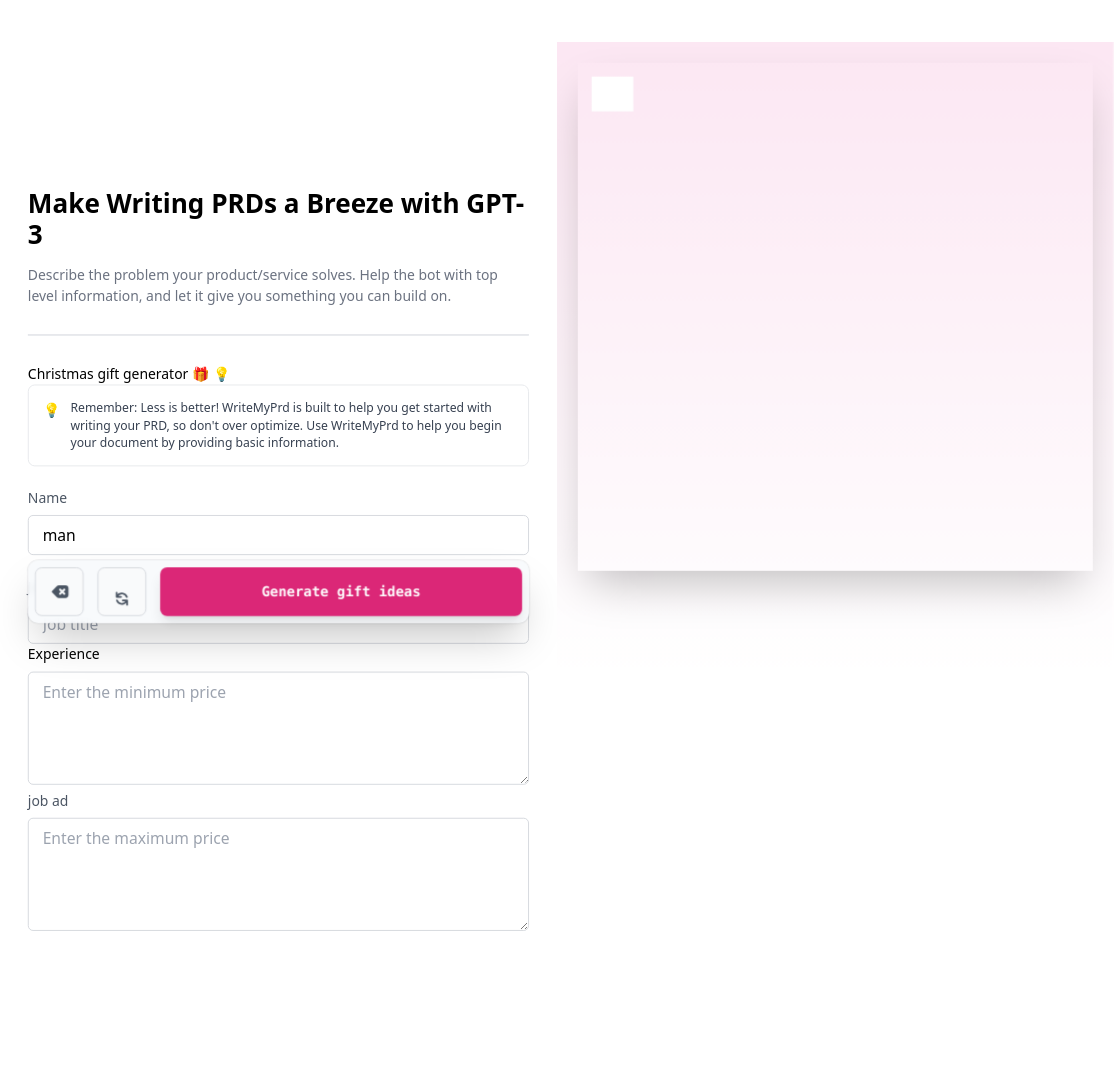
Repository: hamza-mastar/chatgpt-jpbad
Page: /
These files come from the project's save history. The page is drawn as it stood at one moment and after the next save; the edit follows.
The browser window is 1280 px wide. The pictures show the whole page, at 87% of full size.
The project was rebuilt for these pictures with package versions that can differ from the ones it lists, and the page was loaded fresh each time. The framework's server and built-in components were replaced by stand-ins that run in the browser.

Above is the page before, as saved 2023-01-30 05:03:53.

### pages/_app.js
import 'tailwindcss/tailwind.css'

import '../styles/globals.css'

export default function MyApp({ Component, pageProps }) {
  return <Component {...pageProps} />
}

### pages/index.js
import Head from 'next/head';
import React from 'react';
import { useState } from 'react';

import styles from './index.module.css';


// import './gifts.css'




export default function Home() {
  const [name, setName] = useState('man');
  const [job_title, setJob_title] = useState("");
  const [experience, setExperience] = useState("");
  const [job_ad, setJob_ad] = useState("");

  const [loading, setLoading] = useState(false);

  const [result, setResult] = useState('');

  async function onSubmit(event) {
    event.preventDefault();
    if (loading) {
      return;
    }
    setLoading(true);
    setResult('hamza');
    const response = await fetch('/api/generate-gifts', {
      method: 'POST',
      headers: {
        'Content-Type': 'application/json',
      },
      body: JSON.stringify({ name, job_title, experience, job_ad}),
    });
    const data = await response.json();
    setResult(data.result.replaceAll('\n', '<br />'));
    setLoading(false);
  }


  return (
    <>



    <dody class="h-full px-5 sm:px-6">
      <div class="flex relative sm:flex-col md: flex-col">

      <Head>
        <title>OpenAI Quickstart</title>
        <link rel="icon" href="/dog.png" />
      </Head>

      <main className={styles.main}>
     <div class="min-h-screen w-full lg:w-1/2 relative">
    <div class="h-full px-5 sm:px-6">
      <div class="h-full w-full max-w-xl mx-auto flex flex-col after:mt-auto after:flex-1">
        <header class="sm:flex-1 flex mb-auto sm:py-10 pt-6 items-center sm:justify-between flex-col sm:flex-row" >
          <div class="flex items-center justify-between h-24 md:h-20"> </div>

            {/* logo icone login  */}
            </header>
            <div class="flex-1 py-8">
           <div  class="mb-4" >
           <h1 class="text-3xl font-bold font-inter mb-2"> Make Writing PRDs a Breeze with GPT-3 </h1>
           <div class="text-gray-500 mt-4 mb-6"> Describe the problem your product/service solves. Help the bot with top level information, and let it give you something you can build on. </div>
           <div class="divide-y divide-gray-200 my-8 relative border"></div>





        <h3  >Christmas gift generator 🎁 💡</h3>
        <form  onSubmit={onSubmit} class="mb-12 relative">
        <div class="rounded-lg bg-white border p-4"><div class="flex"><div class="flex-shrink-0">💡</div><div class="ml-3 flex-1 md:flex md:justify-between"><p class="text-sm text-gray-700 font-medium"> Remember: Less is better! WriteMyPrd is built to help you get started with writing your PRD, so don't over optimize. Use WriteMyPrd to help you begin your document by providing basic information. </p></div></div></div>
        <div>
          <div class="py-6">
          <label class="relative transition text-gray-600 focus-within:text-gray-800 block" >Name</label>
          <input class="outline-none focus:outline-none text-lg bg-white rounded-md px-4 py-2 w-full border  focus:border-gray-400 border-gray-300 font-regular mt-2 transition-all undefined "
            type="text"
            name="name"
            placeholder="Enter the Name"
            value={name}
            onChange={(e) => setName(e.target.value)}
          />
          </div>


          <label class="relative transition text-gray-600 focus-within:text-gray-800 block">Job title</label>
          <input class="outline-none focus:outline-none text-lg bg-white rounded-md px-4 py-2 w-full border  focus:border-gray-400 border-gray-300 font-regular mt-2 transition-all undefined "
            type="text"
            name="job_title"
            placeholder="Job title"
            value={job_title}
            onChange={(e) => setJob_title(e.target.value)}
          />

          <label>Experience </label>
          <textarea class="form-textarea outline-none focus:outline-none text-lg bg-white rounded-md px-4 py-2 w-full border  focus:border-gray-400 border-gray-300 font-regular mt-2 transition-all undefined " rows="4"
          type="textarea"
          name="experience"
          placeholder="Enter the minimum price"
          value={experience}
          onChange={(e) => setExperience(e.target.value)} >

            </textarea>

          <label class="relative transition text-gray-600 focus-within:text-gray-800 block"> job ad</label>
          <textarea class="form-textarea outline-none focus:outline-none text-lg bg-white rounded-md px-4 py-2 w-full border  focus:border-gray-400 border-gray-300 font-regular mt-2 transition-all undefined " rows="4"
            type="text"
            name="job_ad"
            placeholder="Enter the maximum price"
            value={job_ad}
            onChange={(e) => setJob_ad(e.target.value)}
          ></textarea>


          <div class="sticky bottom-1 left-0 right-0 px-2 py-2 font-semibold text-sm text-slate-900 bg-slate-50/90 backdrop-blur-sm ring-1 ring-slate-900/10 space-x-4 rounded-xl shadow-2xl">
            <div class="flex gap-4 text-white text-sm font-bold font-mono leading-6 bg-stripes-indigo rounded-lg">
            <button id="clearAll" class="p-4 w-14 h-14 flex-none rounded-lg flex items-center justify-center bg-gray-50 border border-gray-300 text-gray-600 hover:bg-gray-100"><div tooltip="Clear All" position="top" class="w-full" data-v-47bc123b=""><svg class="w-6 h-6" fill="currentColor" viewBox="0 0 20 20" xmlns="http://www.w3.org/2000/svg"><path fill-rule="evenodd" d="M6.707 4.879A3 3 0 018.828 4H15a3 3 0 013 3v6a3 3 0 01-3 3H8.828a3 3 0 01-2.12-.879l-4.415-4.414a1 1 0 010-1.414l4.414-4.414zm4 2.414a1 1 0 00-1.414 1.414L10.586 10l-1.293 1.293a1 1 0 101.414 1.414L12 11.414l1.293 1.293a1 1 0 001.414-1.414L13.414 10l1.293-1.293a1 1 0 00-1.414-1.414L12 8.586l-1.293-1.293z" clip-rule="evenodd"></path></svg></div></button>
            <button id="re-generate-prd" class="w-14 h-14 flex-none rounded-lg flex items-center justify-center bg-gray-50 border border-gray-300 text-gray-600 hover:bg-gray-100"><div tooltip="Re-generate PRD" position="top" class="w-full" data-v-47bc123b=""><svg class="w-full mt-[30%] h-5 text-gray-600 mr-1" fill="currentColor" viewBox="0 0 20 20" xmlns="http://www.w3.org/2000/svg"><path fill-rule="evenodd" d="M4 2a1 1 0 011 1v2.101a7.002 7.002 0 0111.601 2.566 1 1 0 11-1.885.666A5.002 5.002 0 005.999 7H9a1 1 0 010 2H4a1 1 0 01-1-1V3a1 1 0 011-1zm.008 9.057a1 1 0 011.276.61A5.002 5.002 0 0014.001 13H11a1 1 0 110-2h5a1 1 0 011 1v5a1 1 0 11-2 0v-2.101a7.002 7.002 0 01-11.601-2.566 1 1 0 01.61-1.276z" clip-rule="evenodd"></path></svg></div></button>

          <input class="sm:p-4 p-3 pt-4 grow rounded-lg flex items-center justify-center bg-pink-600 hover:bg-pink-800 shadow-lg text-xs sm:text-base" type="submit" value="Generate gift ideas" />
          </div>
          </div>
          </div>
        </form>
        </div>
       </div>
        </div>
        </div>
          </div>

          {/* loging page ////////////////// */}

          <div class="relative lg:fixed right-0 bottom-0 lg:block lg:w-1/2 overflow-hidden sm:px-5 lg:h-full h-auto overflow-y-auto top-12">
            <div class="absolute inset-0 bg-gradient-to-b from-pink-100 to-white pointer-events-none -z-10" >
              {/* <div class="hidden md:block absolute right-0 pointer-events-none -z-10"> */}
                <div class="h-auto">
                <div class="p-6 pb-0 h-[calc(100vh-6rem)]" >
                <div class="form-textarea relative text-base w-full p-4 px-8 overflow-scroll h-[calc(100%-1rem)] shadow-2xl flex items-center justify-center" >
                <div class="text-pink-600 font-mono text-left text-base font-semibold absolute top-4 left-4">
        {loading && (
          <div>
            <h3>Looking for the best gift ideas 🎁 💡</h3>
            <img src="/loading.gif" className={styles.loading} />
          </div>



        )}
        <div class="whitespace-pre-wrap text-gray-800  bg-white h-auto text-lg divide-y px-4 pt-5 pb-4 sm:p-6 sm:pb-4 "
          className={styles.result}
          dangerouslySetInnerHTML={{ __html: result }}


        />
        </div>
        </div>
        </div>
        </div>
        </div>
        </div>
        {/* </div> */}
      </main>
      </div>

      </dody>


    </>
  );
}
// Name Job_title Experience job_ad

### pages/index.module.css


@font-face {
  font-family: "ColfaxAI";
  src: url(https://cdn.openai.com/API/fonts/ColfaxAIRegular.woff2)
      format("woff2"),
    url(https://cdn.openai.com/API/fonts/ColfaxAIRegular.woff) format("woff");
  font-weight: normal;
  font-style: normal;
}
@font-face {
  font-family: "ColfaxAI";
  src: url(https://cdn.openai.com/API/fonts/ColfaxAIBold.woff2) format("woff2"),
    url(https://cdn.openai.com/API/fonts/ColfaxAIBold.woff) format("woff");
  font-weight: bold;
  font-style: normal;
}
/* .main,
.main input {
  font-size: 16px;
  line-height: 24px;
  color: #353740;
  font-family: "ColfaxAI", Helvetica, sans-serif;
}
.main {
  display: flex;
  flex-direction: column;
  align-items: center;
  padding-top: 60px;
}
.main .icon {
  width: 34px;
}
.main h3 {
  font-size: 32px;
  line-height: 40px;
  font-weight: bold;
  color: #202123;
  margin: 16px 0 40px;
}
.main form {
  display: flex;
  flex-direction: column;
  width: 320px;
}
.main input[type="text"] {
  padding: 12px 16px;
  border: 1px solid #10a37f;
  border-radius: 4px;
  margin-bottom: 24px;
  outline-color: #10a37f;
}
.main ::placeholder {
  color: #8e8ea0;
  opacity: 1;
}
.main input[type="submit"] {
  padding: 12px 0;
  color: #fff;
  background-color: #10a37f;
  border: none;
  border-radius: 4px;
  text-align: center;
  cursor: pointer;
}
.main .result {
  padding: 100px;
  font-weight: bold;
  margin-top: 40px;
  position:absolute;
  display: flex;
  justify-content: end;
} */

.main .loading {
  width: 50;
}

/* .main input[type="text"],
.main input[type="number"],
.main select {
  padding: 12px 16px;
  border: 1px solid #10a37f;
  border-radius: 4px;
  margin-bottom: 12px;
  margin-top: 4px;
}
.hamza {
  background-color: #10a37f;
} */






.relative {
  position: relative;
}

.nano {
  background-color: white;
  color: black;
  display: flex;
  overflow: scroll;
}

.form-textarea{
  border-width: 1px;
  --tw-border-opacity: 1;
  border-color: rgb(209 213 219 / var(--tw-border-opacity));
  --tw-bg-opacity: 1;
  background-color: rgb(255 255 255 / var(--tw-bg-opacity));
  height: 600px;
  width: 600px;
}

.texxt-base {
  font-size: 18px;
  line-height: 1.5;
  letter-spacing: -.01em;
  color: black

}
.typed {
  color: #1f2937;
  white-space: break-spaces;
  font-size: 100px;
}
@media only screen and (max-width: 600px) {
  .goho {
    width: auto;
    display: flex;
    justify-content:center ;

  }
}

Loaded but not shown: styles/globals.css (common file); tailwind.config.js (common file)

After the next save:
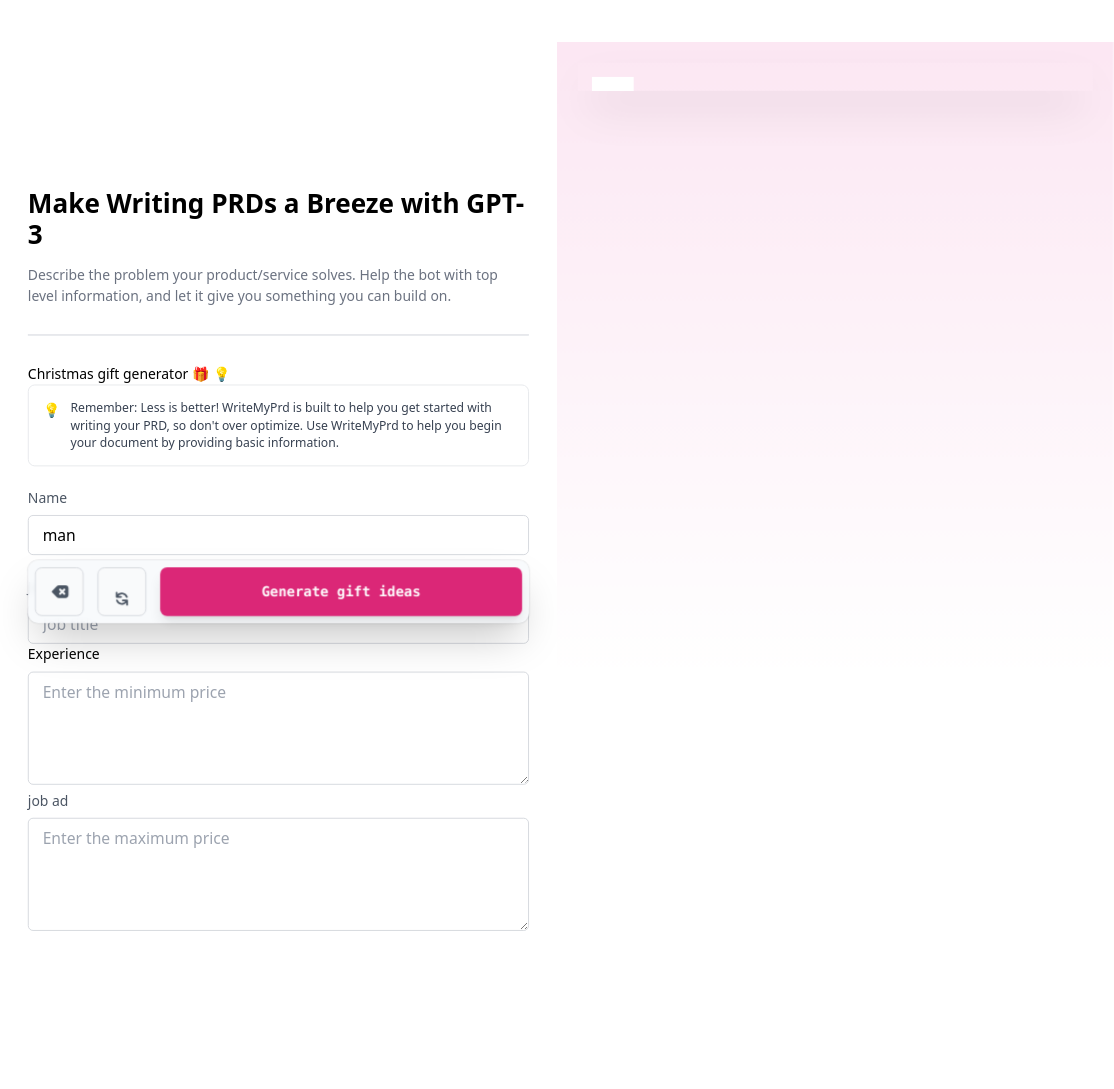
Saved 13 s later.
--- a/pages/index.js
+++ b/pages/index.js
@@ -139,7 +139,7 @@
             <div class="absolute inset-0 bg-gradient-to-b from-pink-100 to-white pointer-events-none -z-10" >
               {/* <div class="hidden md:block absolute right-0 pointer-events-none -z-10"> */}
                 <div class="h-auto">
-                <div class="p-6 pb-0 h-[calc(100vh-6rem)]" >
+                <div class="p-6 pb-0 " >
                 <div class="form-textarea relative text-base w-full p-4 px-8 overflow-scroll h-[calc(100%-1rem)] shadow-2xl flex items-center justify-center" >
                 <div class="text-pink-600 font-mono text-left text-base font-semibold absolute top-4 left-4">
         {loading && (

After the save that followed:
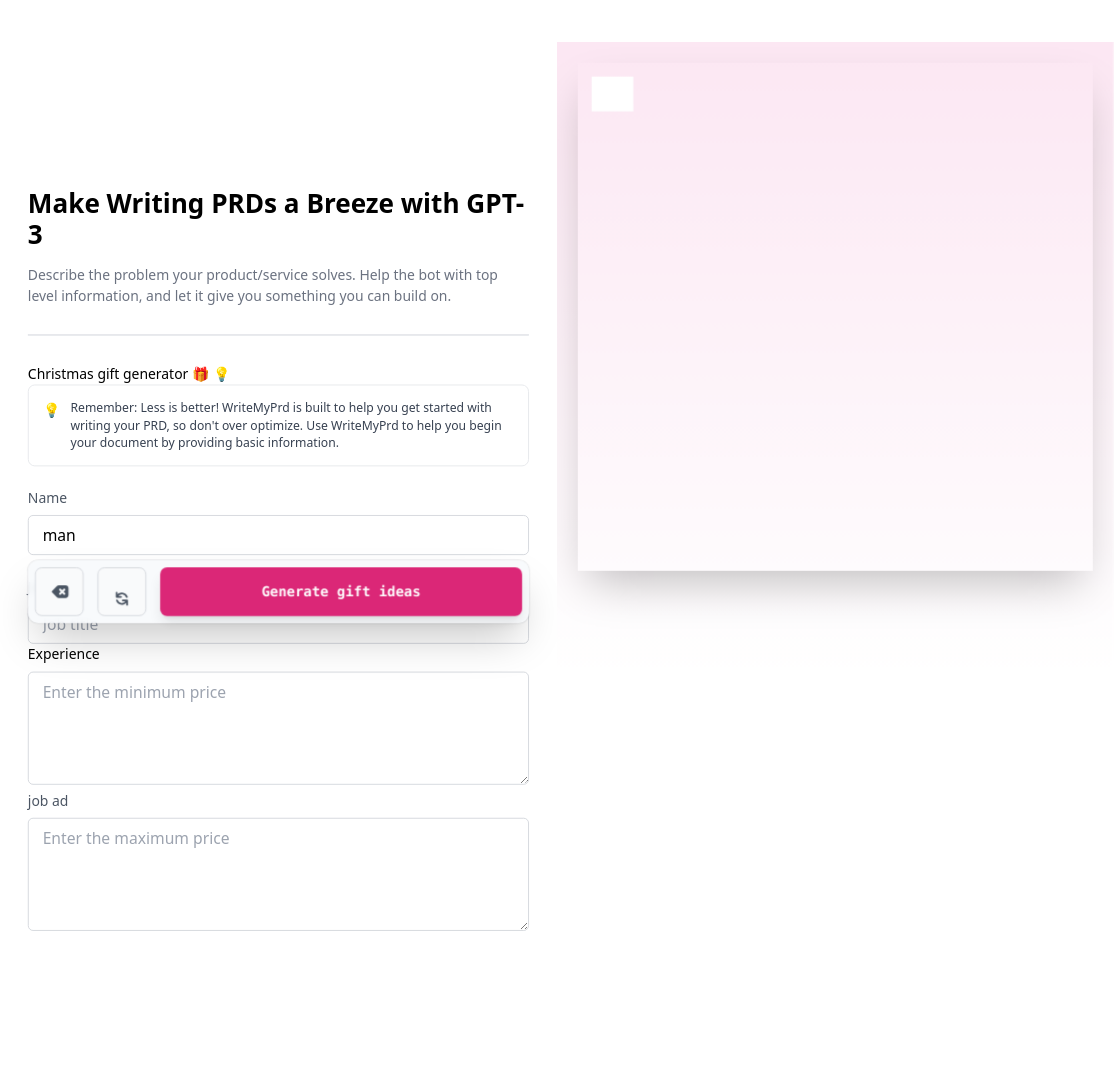
Saved 23 s later.
--- a/pages/index.js
+++ b/pages/index.js
@@ -135,11 +135,11 @@
 
           {/* loging page ////////////////// */}
 
-          <div class="relative lg:fixed right-0 bottom-0 lg:block lg:w-1/2 overflow-hidden sm:px-5 lg:h-full h-auto overflow-y-auto top-12">
+          <div class="relative lg:fixed right-0 bottom-0 lg:block lg:w-1/2 overflow-hidden sm:px-5 lg:h-full h-auto  top-12">
             <div class="absolute inset-0 bg-gradient-to-b from-pink-100 to-white pointer-events-none -z-10" >
               {/* <div class="hidden md:block absolute right-0 pointer-events-none -z-10"> */}
                 <div class="h-auto">
-                <div class="p-6 pb-0 " >
+                <div class="p-6 pb-0 h-[calc(100vh-6rem)]" >
                 <div class="form-textarea relative text-base w-full p-4 px-8 overflow-scroll h-[calc(100%-1rem)] shadow-2xl flex items-center justify-center" >
                 <div class="text-pink-600 font-mono text-left text-base font-semibold absolute top-4 left-4">
         {loading && (
